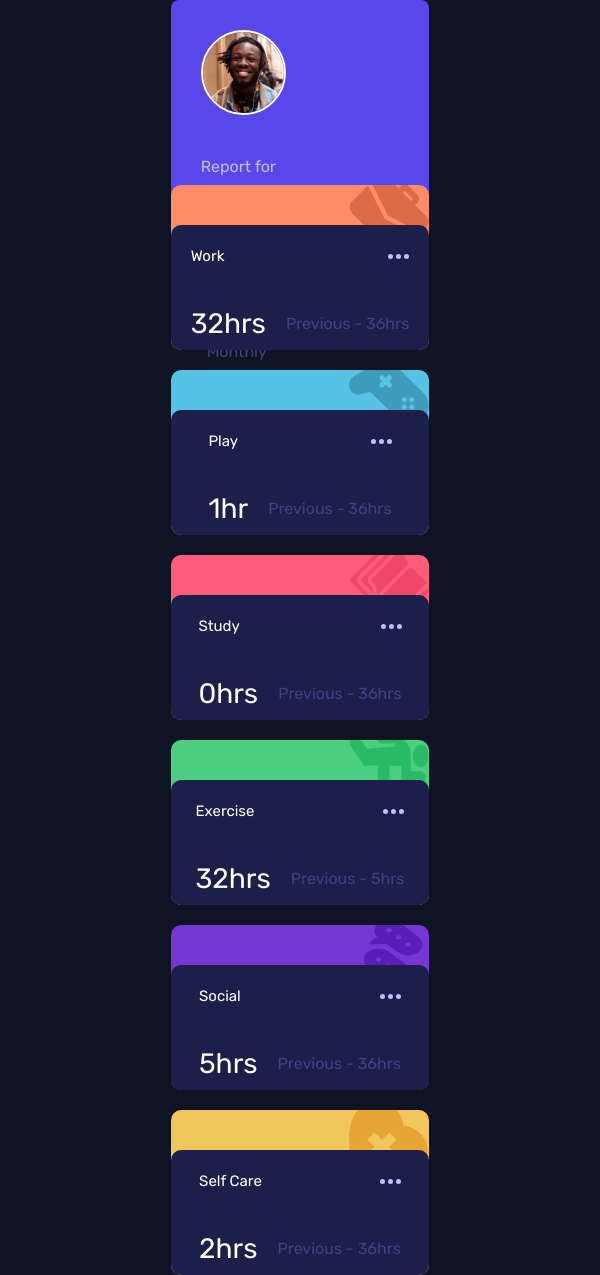
Repository: Akashiii1/WebTimeTracking_Day6
Page: index.html
The author's editor kept a copy of each file at every save. The page is drawn from the files as they stood at one save, then again after the next save.
The browser window is 600 px wide. The pictures show the whole page.

Above is the page before, as saved 2021-12-27 00:44:58.

After the next save:
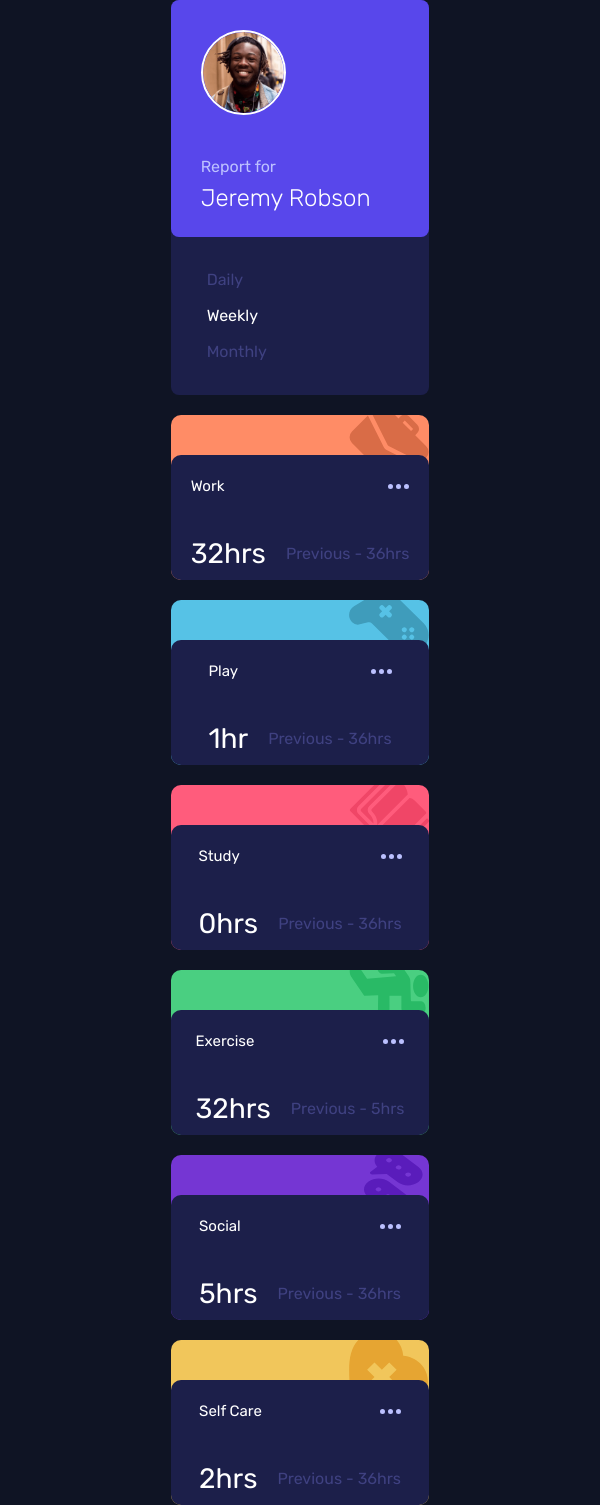
Saved 14 s later.
--- a/style.css
+++ b/style.css
@@ -223,7 +223,7 @@ button{
     font-size: 28px;
   }
   .first{
-    height: 165px;
+    /* height: 165px; */
   }
 }
 /* remove animation for people who've turned them off */
